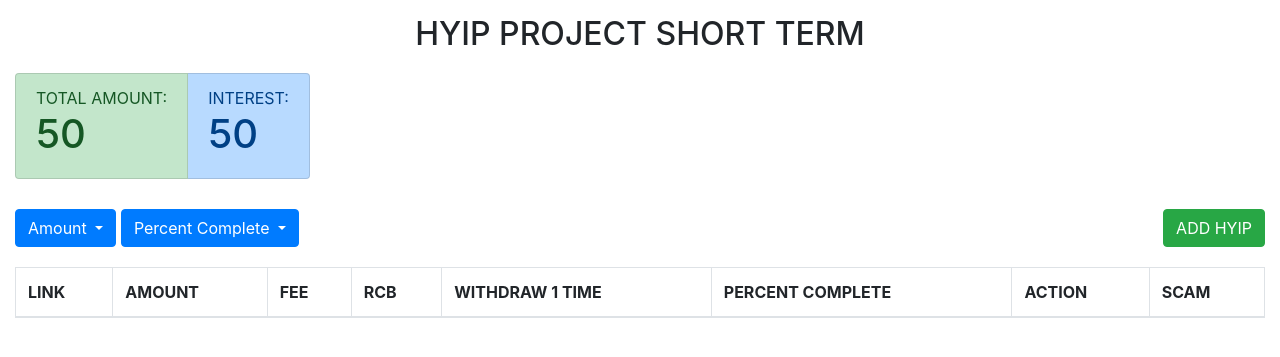
Repository: phamtrungvuong1998/hyip_project
Page: http://localhost/
The author's editor kept a copy of each file at every save. The page is drawn from the files as they stood at one save, then again after a run of saves.
The browser window is 1280 px wide. The pictures show the whole page.
The page is served by the project's Laravel application, run on PHP 8.4 with Laravel 8. Other server files are loaded and not shown. Queries for data that is not in the repository find no rows.

Above is the page before, as saved 2022-08-30 07:44:50.

### routes/web.php
<?php

use Illuminate\Support\Facades\Route;
use App\Http\Controllers\HyipController;

/*
|--------------------------------------------------------------------------
| Web Routes
|--------------------------------------------------------------------------
|
| Here is where you can register web routes for your application. These
| routes are loaded by the RouteServiceProvider within a group which
| contains the "web" middleware group. Now create something great!
|
*/

Route::get('/', [HyipController::class, 'index']);
Route::post('/add-hyip', [HyipController::class, 'addHyip']);

### app/Http/Controllers/HyipController.php
<?php

namespace App\Http\Controllers;

use Illuminate\Http\Request;
use App\Models\Hyip as Hyip;

class HyipController extends Controller
{
    public function index()
    {
        $hyip = new Hyip();
        $dataView = [
            'data' => $hyip->all()
        ];
        return view('dashboard', $dataView);
    }

    public function addHyip(Request $request)
    {
        $hyip = new Hyip();
        $hyip->addHyip($request->all());

        return redirect()->back();
    }
}

### app/Models/Hyip.php
<?php

namespace App\Models;

use Illuminate\Database\Eloquent\Factories\HasFactory;
use Illuminate\Database\Eloquent\Model;

class Hyip extends Model
{
    use HasFactory;
    protected $fillable = [
        'link',
        'amount',
        'rcb_first',
        'rcb_second',
        'daily',
        'withdraw_1_time',
        'working_day',
        'fee',
        'rcb_ok'
    ];

    public function addHyip($request)
    {
        $data = [];
        foreach ($request as $key => $value) {
            if ($key !== '_token') {
                $data[$key] = $value;
            }
        }
        $this->create($data);
    }
}

### resources/views/dashboard.blade.php
<!doctype html>
<html lang="en">

<head>
    <meta charset="UTF-8">
    <meta name="viewport"
        content="width=device-width, user-scalable=no, initial-scale=1.0, maximum-scale=1.0, minimum-scale=1.0">
    <meta http-equiv="X-UA-Compatible" content="ie=edge">
    <link rel="stylesheet" href="https://cdn.jsdelivr.net/npm/bootstrap@4.6.1/dist/css/bootstrap.min.css">
    <script src="https://cdn.jsdelivr.net/npm/jquery@3.6.0/dist/jquery.slim.min.js"></script>
    <script src="https://cdn.jsdelivr.net/npm/popper.js@1.16.1/dist/umd/popper.min.js"></script>
    <script src="https://cdn.jsdelivr.net/npm/bootstrap@4.6.1/dist/js/bootstrap.bundle.min.js"></script>
    <link rel="stylesheet" href="{{ asset('css/app.css') }}">
    <title>ALL HYIP INVESTED SHORT TERM</title>
</head>

<body>
    <div class="container_app">
        <h2 id="title">HYIP PROJECT SHORT TERM</h2>
        <ul class="list-group list-group-horizontal list_hyip">
            <li class="list-group-item list-group-item-success">TOTAL AMOUNT: <h1>50</h1>
            </li>
            <li class="list-group-item list-group-item-primary">INTEREST: <h1>50</h1>
            </li>
        </ul>
        <div class="filter_hyip">
            <div class="dropdown dropdown_hyip">
                <button type="button" class="btn btn-primary dropdown-toggle" data-toggle="dropdown">
                    Amount
                </button>
                <div class="dropdown-menu">
                    <a class="dropdown-item" href="#">Amount ASC</a>
                    <a class="dropdown-item" href="#">Amount DESC</a>
                </div>
            </div>
            <div class="dropdown dropdown_hyip">
                <button type="button" class="btn btn-primary dropdown-toggle" data-toggle="dropdown">
                    Percent Complete
                </button>
                <div class="dropdown-menu">
                    <a class="dropdown-item" href="#">Percent Complete ASC</a>
                    <a class="dropdown-item" href="#">Percent Complete DESC</a>
                </div>
            </div>
            <!-- Button to Open the Modal -->
            <button type="button" class="btn btn-success btn_add" data-toggle="modal" data-target="#myModal">
                ADD HYIP
            </button>

            <!-- The Modal -->
            <div class="modal" id="myModal">
                <div class="modal-dialog">
                    <div class="modal-content">

                        <!-- Modal Header -->
                        <div class="modal-header">
                            <h4 class="modal-title">Add Hyip</h4>
                            <button type="button" class="close" data-dismiss="modal">&times;</button>
                        </div>

                        <form id="modal-body" method="POST" action="/add-hyip">
                            @csrf
                            <div class="form-group">
                                <label for="usr">Link:</label>
                                <input type="text" class="form-control" name="link" required>
                            </div>
                            <div class="form-group">
                                <label for="pwd">Amount:</label>
                                <input type="number" class="form-control"  name="amount" required step="any">
                            </div>
                            <div class="form-group">
                                <label for="pwd">Fee:</label>
                                <input type="number" class="form-control"  name="fee" required step="any">
                            </div>
                            <div class="form-group">
                                <label for="pwd">RCB first:</label>
                                <input type="number" class="form-control" name="rcb_first" required step="any">
                            </div>
                            <div class="form-group">
                                <label for="pwd">RCB second:</label>
                                <input type="number" class="form-control" name="rcb_second" step="any">
                            </div>
                            <div class="form-group">
                                <label for="pwd">Daily:</label>
                                <input type="number" class="form-control" name="daily" required step="any">
                            </div>
                            <div class="form-group">
                                <label for="pwd">Withdraw 1 time:</label>
                                <input type="number" class="form-control" name="withdraw_1_time" required step="any">
                            </div>
                            <div class="form-group">
                                <label>Working day:</label>
                            </div>
                            <div class="form-check">
                                <label class="form-check-label">
                                  <input type="radio" class="form-check-input" name="working_day" value="1" required>Yes
                                </label>
                              </div>
                              <div class="form-check">
                                <label class="form-check-label">
                                  <input type="radio" class="form-check-input" name="working_day" value="0" required>No
                                </label>
                              </div>
                            <div class="modal-footer">
                                <button type="submit" class="btn btn-primary">Add Hyip</button>
                                <button type="button" class="btn btn-danger" data-dismiss="modal">Close</button>
                            </div>
                        </form>

                    </div>
                </div>
            </div>
        </div>
        <table class="table table-bordered">
            <thead>
                <tr>
                    <th>LINK</th>
                    <th>AMOUNT</th>
                    <th>FEE</th>
                    <th>RCB</th>
                    <th>WITHDRAW 1 TIME</th>
                    <th>PERCENT COMPLETE</th>
                    <th>ACTION</th>
                    <th>SCAM</th>
                </tr>
            </thead>
            <tbody>
                @foreach ($data as $key => $value)
                <tr>
                    <td><a href="{{$value->link}}" target="_blank">{{$value->link}}</a></td>
                    <td>{{$value->amount}}</td>
                    <td>{{$value->fee}}</td>
                    <td>
                        {{empty($value->rcb_second) ? $value->rcb_first : $value->rcb_second}}
                        @if ($value->rcb_ok == 0)
                            <button class="btn btn-danger">waiting</button>
                        @endif
                    </td>
                    <td>1{{$value->withdraw_1_time}}</td>
                    <td>
                        <div class="progress progress_hyip">
                            <div class="progress-bar progress-bar_hyip" style="width:12000%"></div>
                            <div class="percent_hyip">70%</div>
                        </div>
                    </td>
                    <td>
                        <button class="btn btn-success">withdraw</button>
                    </td>
                    <td>
                        <button class="btn btn-danger">SCAM</button>
                    </td>
                    <td>
                        <button class="btn btn-danger">EDIT</button>
                    </td>
                </tr>
                @endforeach
            </tbody>
        </table>
    </div>
</body>

</html>

### public/css/app.css
.container_app{
    margin-top: 15px;
    margin-left: 15px;
    margin-right: 15px;
}

#title{
    text-align: center;
    margin-bottom: 20px;
}

.list_hyip{
   margin-bottom: 30px;
}

.progress_hyip{
    position: relative;
    height: 40px;
}

.percent_hyip{
    position: absolute;
    top: 50%;
    left: 5%;
    color: white;
    font-size: 30px;
}

.filter_hyip{
    margin-bottom: 20px;
}

.dropdown_hyip{
    display: inline-block;
}

.btn_add{
    position: absolute;
    right: 15px;
}

#modal-body{
    padding-left: 10px;
    padding-right: 10px;
}

.modal-footer{
    padding-right: 0px;
}

Loaded but not shown: app/Http/Controllers/Controller.php (common file)

After the next 2 saves:
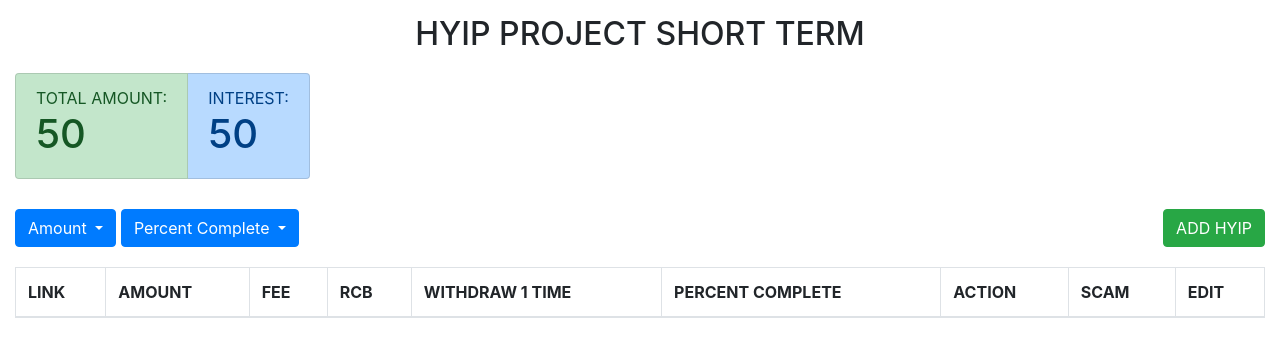
The 2 saves are shown as one change because they came seconds apart.
The last was saved 12 s later.
--- a/resources/views/dashboard.blade.php
+++ b/resources/views/dashboard.blade.php
@@ -122,6 +122,7 @@
                     <th>PERCENT COMPLETE</th>
                     <th>ACTION</th>
                     <th>SCAM</th>
+                    <th>EDIT</th>
                 </tr>
             </thead>
             <tbody>
